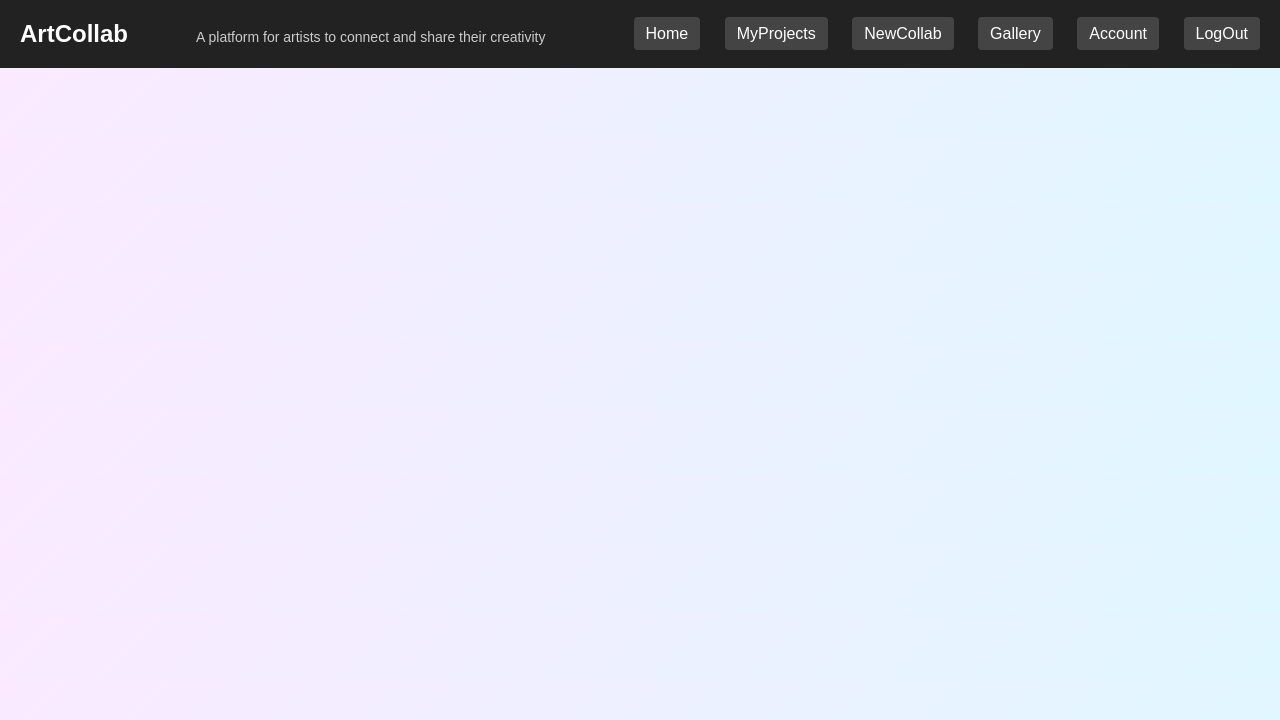
Repository: jeevanReddyP/ArtCollab_App
Page: profile.html
An editor plug-in stored every save of this project. The page is shown before and after a run of saves, followed by the edit.
The browser window is 1280 px wide. The pictures show the whole page.

Above is the page before, as saved 2025-06-12 18:26:11.

### profile.html
<!DOCTYPE html>
<html lang="en">
<head>
    <meta charset="UTF-8">
    <meta name="viewport" content="width=device-width, initial-scale=1.0">
    <title>Document</title>
    <style>
        body {
  margin: 0;
  font-family: sans-serif;
  background: linear-gradient(135deg, #fbeaff, #e0f7ff);
  color: #333;
}
#home-page {
  padding: 40px;
  background: linear-gradient(135deg, #fbeaff, #e0f7ff);
}

#navbar{
background-color:#222;
color: white;
display: flex;
padding: 20px;
justify-content: space-between;
align-items: center;
flex-wrap: wrap;
}
#navbar h2{
   margin: 0;
   font-size: 24px;
}
#navbar p{
    margin: 5px 0 0 0;
    font-size: 14px;
    color: #ccc;
}
.links a{
margin-left: 20px;
text-decoration: none;
color: white;
background-color: #444;
padding: 8px 12px;
border-radius: 4px;
transition: background-color 0.3s;
}
    </style>
</head>
<body>
    <div id="navbar">
            <h2>ArtCollab</h2>
            <p>A platform for artists to connect and share their creativity</p>
            <div class="links">
            <a href="dashboard.html">Home</a>
            <a href="projects.html">MyProjects</a>
            <a href="collab.html">NewCollab</a>
            <a href="gallery.html">Gallery</a>
            <a href="profile.html">Account</a>
            <a href="login.html">LogOut</a>
            </div>
    </div>
    <div id="mainsection">

    </div>
</body>
</html>

After the next 9 saves:
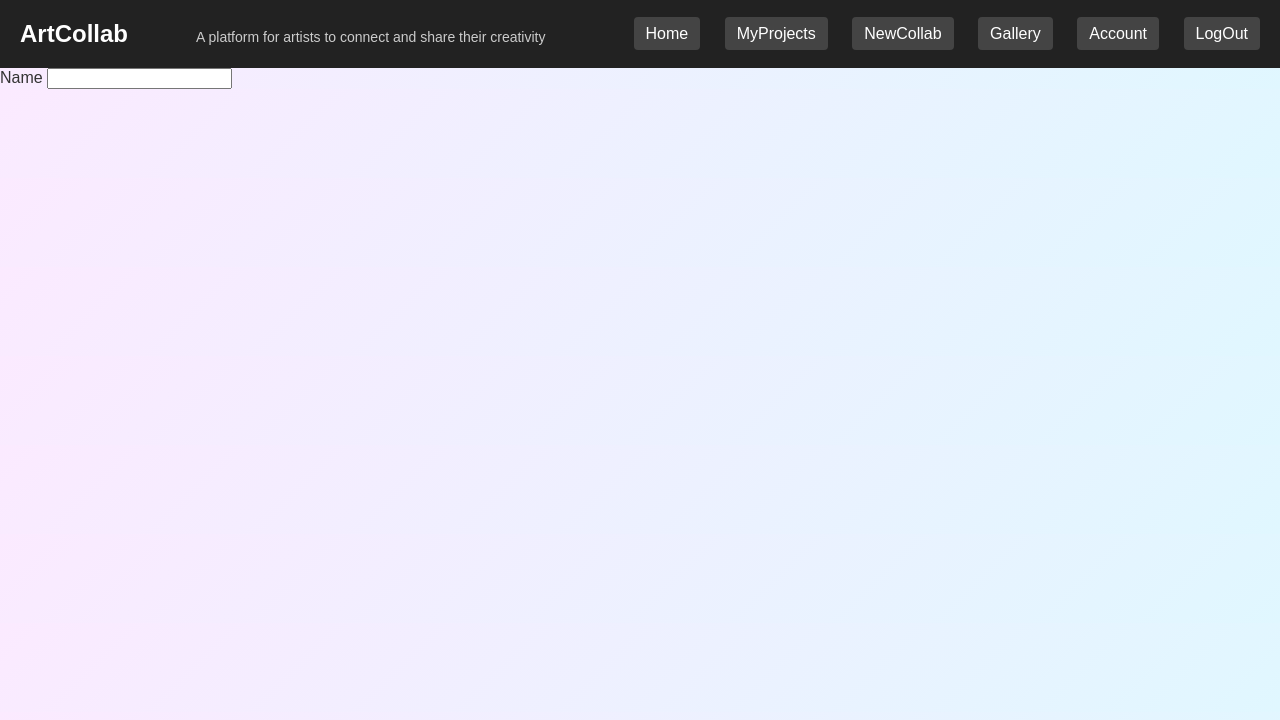
The 9 saves are shown as one change because they came seconds apart.
The last was saved 21 s later.
--- a/profile.html
+++ b/profile.html
@@ -59,7 +59,8 @@ transition: background-color 0.3s;
             </div>
     </div>
     <div id="mainsection">
-
+      <label for="Name">Name</label>
+      <input type="text" name="" id="">
     </div>
 </body>
 </html>
